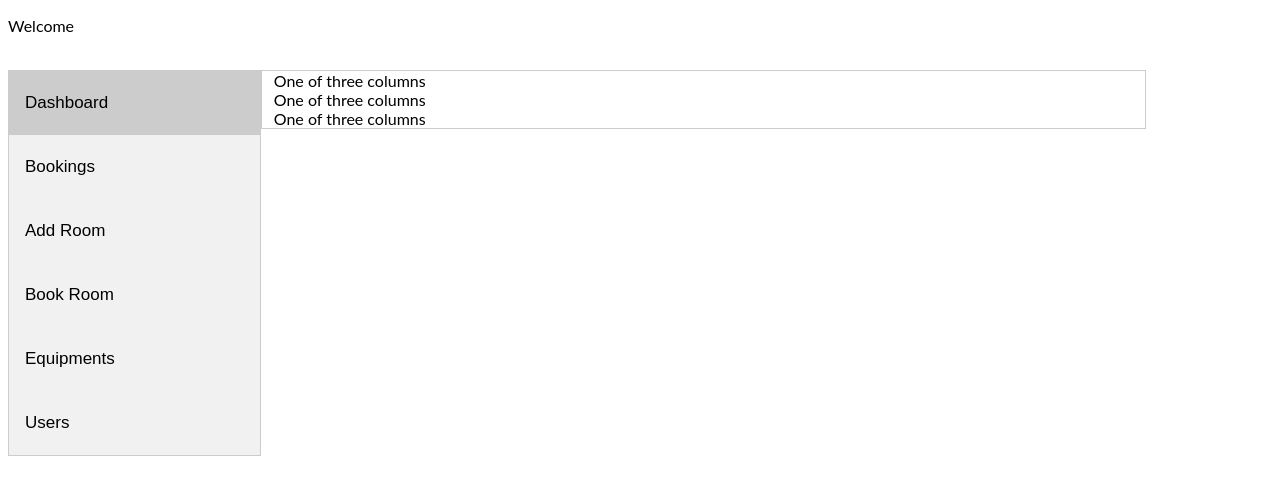
Repository: abhi608/visa_tutorial
Page: meetingroomapp/src/main/resources/static/dashboardView.html
An editor plug-in stored every save of this project. The page is shown before and after the next save, followed by the edit.
The browser window is 1280 px wide. The pictures show the whole page.

Above is the page before, as saved 2018-08-07 06:59:26.

After the next save:
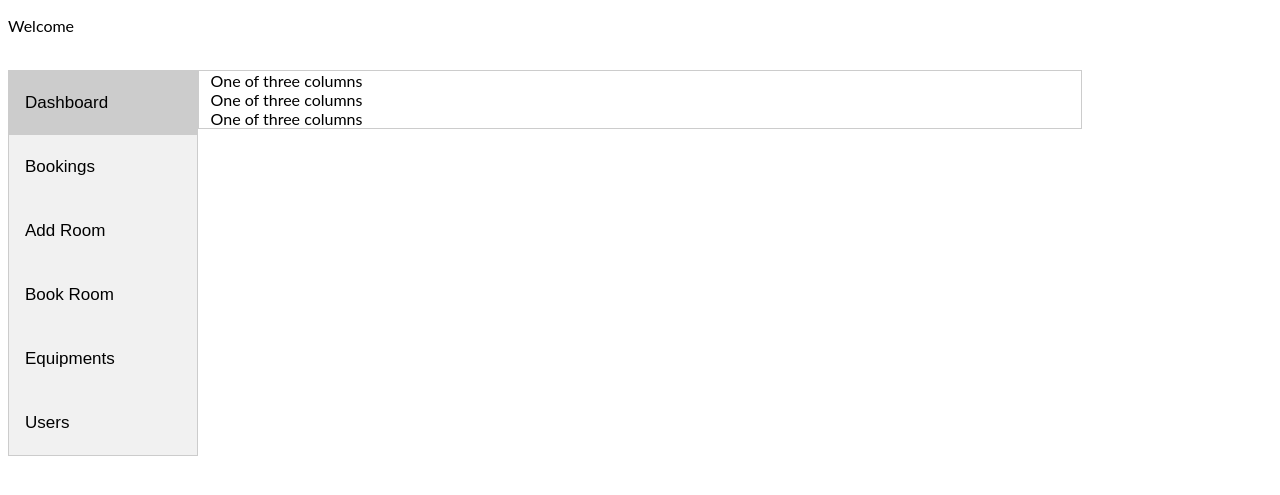
Saved 17 s later.
--- a/meetingroomapp/src/main/resources/static/dashboardView.html
+++ b/meetingroomapp/src/main/resources/static/dashboardView.html
@@ -11,7 +11,7 @@ body {font-family: "Lato", sans-serif;}
     float: left;
     border: 1px solid #ccc;
     background-color: #f1f1f1;
-    width: 20%;
+    width: 15%;
     /*height: 300px;*/
 }
 
